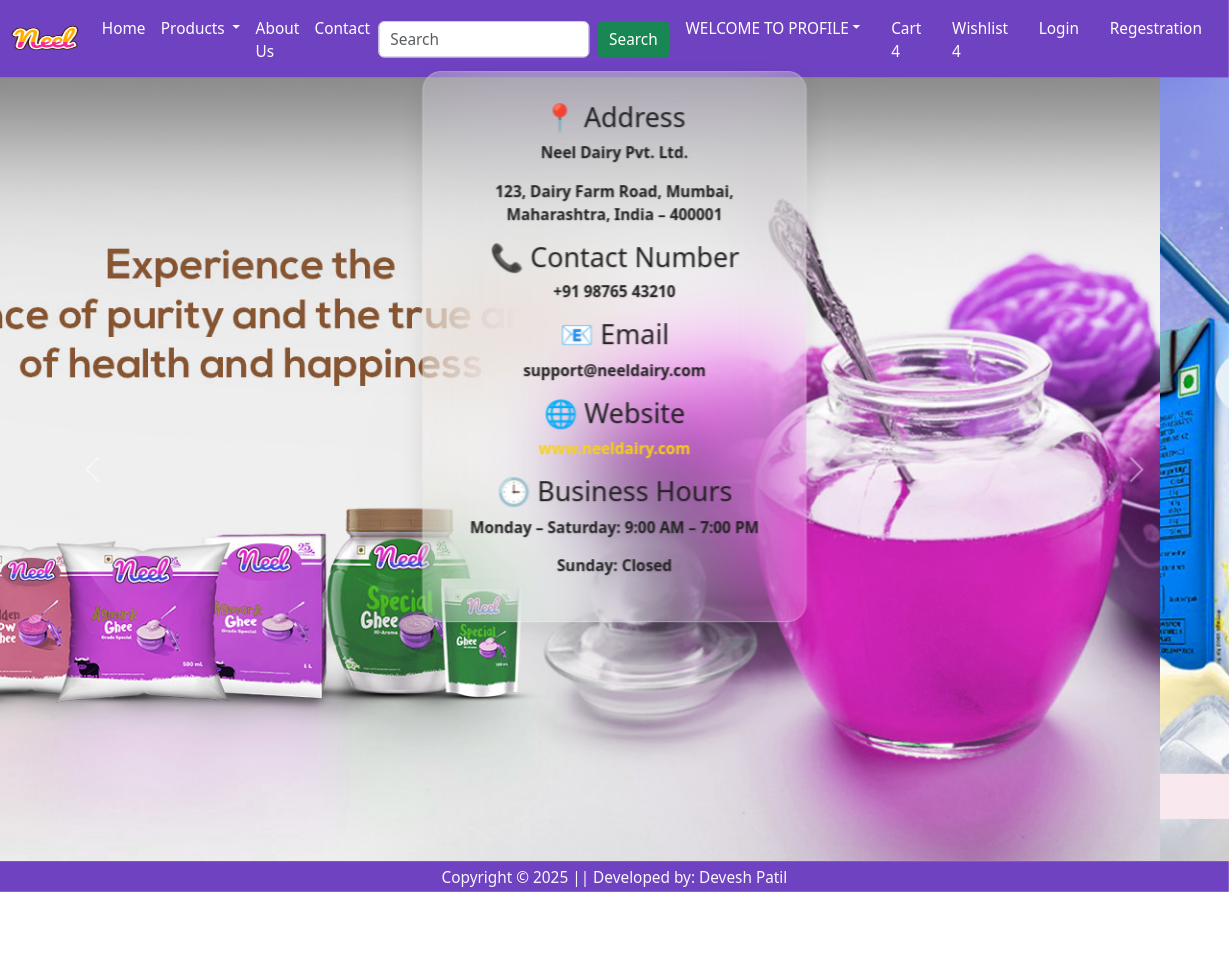
Repository: DeveshPatill/mydjango
Page: http://localhost/contact/
The author's editor kept a copy of each file at every save. The page is drawn from the files as they stood at one save, then again after the next save.
The browser window is 1280 px wide. The pictures show the whole page, at 96% of full size.
The page is served by the project's application, run on Django 5.2 (ec/manage.py). Other server files are loaded and not shown.

Above is the page before, as saved 2025-03-23 02:07:19.

### ec/app/templates/app/contact.html
{% extends 'app/base.html' %}
{% load static %}
{% block title %}About{% endblock title %}


{% block main-content %}
<!-- Background Image Carousel -->
<div id="backgroundCarousel" class="carousel slide" data-bs-ride="carousel">
    <div class="carousel-inner">
        <div class="carousel-item active">
            <img src="{%static 'app/images/banner/b1.jpg' %}" class="d-block w-100" alt="Dairy Banner 1">
        </div>
        <div class="carousel-item">
            <img src="{%static 'app/images/banner/b2.jpg' %}" class="d-block w-100" alt="Dairy Banner 2">
        </div>
        <div class="carousel-item">
            <img src="{%static 'app/images/banner/b3.jpg' %}" class="d-block w-100" alt="Dairy Banner 3">
        </div>
    </div>

    <!-- Carousel Controls -->
    <button class="carousel-control-prev" type="button" data-bs-target="#backgroundCarousel" data-bs-slide="prev">
        <span class="carousel-control-prev-icon" aria-hidden="true"></span>
        <span class="visually-hidden">Previous</span>
    </button>
    <button class="carousel-control-next" type="button" data-bs-target="#backgroundCarousel" data-bs-slide="next">
        <span class="carousel-control-next-icon" aria-hidden="true"></span>
        <span class="visually-hidden">Next</span>
    </button>
</div>

<!-- Fixed Contact Information (Centered Bottom) -->
<div class="contact-box mx-8 mt-5">
    <h3>📍 Address</h3>
    <p>Neel Dairy Pvt. Ltd.</p>
    <p>123, Dairy Farm Road, Mumbai, Maharashtra, India – 400001</p>

    <h3>📞 Contact Number</h3>
    <p>+91 98765 43210</p>

    <h3>📧 Email</h3>
    <p>support@neeldairy.com</p>

    <h3>🌐 Website</h3>
    <p><a href="https://www.neeldairy.com" target="_blank">www.neeldairy.com</a></p>

    <h3>🕒 Business Hours</h3>
    <p>Monday – Saturday: 9:00 AM – 7:00 PM</p>
    <p>Sunday: Closed</p>
</div>

<style>
    /* Set the carousel image size */
    .carousel-item img {
        width: 100%;
        height: 816px;
        object-fit: cover;
    }

    /* Contact Box - Fixed Center Bottom */
    .contact-box {
        position: absolute;
        bottom: 10%;
        left: 50%;
        transform: translate(-50%, 0);
        background: rgba(0, 0, 0, 0.7);
        color: white;
        padding: 20px;
        border-radius: 10px;
        text-align: center;
        width: 400px;
    }

    .contact-box a {
        color: #f8d210;
        text-decoration: none;
    }

    .contact-box a:hover {
        text-decoration: underline;
    }
    .contact-box {
    background: rgba(255, 255, 255, 0.2); /* More transparent, less white */
    backdrop-filter: blur(50px) saturate(180%); /* High blur + slight saturation for mirror effect */
    -webkit-backdrop-filter: blur(50px) saturate(180%);
    border-radius: 20px; /* Smooth corners */
    padding: 30px;
    color: #222; /* Darker text for contrast */
    font-weight: bold;
    box-shadow: 0 10px 25px rgba(0, 0, 0, 0.1); /* Softer and subtle depth */
    border: 1px solid rgba(255, 255, 255, 0.3); /* Thin border for a frosted look */
}
.contact-box {
    margin-top: 80px; /* Adjust this value as needed */
}




</style>
{% endblock main-content %}

### ec/app/templates/app/base.html
<!DOCTYPE html>
{% load static %}
<html lang="en">
<head>
    <meta charset="UTF-8">
    <meta http-equiv="X-UA-Compatible" content="IE=edge">
    <meta name="viewport" content="width=device-width, initial-scale=1.0">

    <link href="https://cdn.jsdelivr.net/npm/bootstrap@5.3.3/dist/css/bootstrap.min.css" rel="stylesheet" integrity="sha384-QWTKZyjpPEjISv5WaRU9OFeRpok6YctnYmDr5pNlyT2bRjXh0JMhjY6hW+ALEwIH" crossorigin="anonymous">

    <link rel="stylesheet" href="{% static 'app/css/owl.carousel.min.css' %}" />
    <link rel="stylesheet" href="{% static 'app/css/all.min.css' %}" />
    <link rel="stylesheet" href="{% static 'app/css/style.css' %}" />

    <title> Dairy Products | {% block title %} {% endblock title %} </title>
</head>
<body>
    <nav class="navbar navbar-expand-lg navbar-dark" style="background-color: #6f42c1;">
        <div class="container-fluid">
          <a class="navbar-brand" href="#">
            <img src="{% static 'app/images/product/Neel.png' %}" width="70px" height="55px"   />
          </a>
          <button class="navbar-toggler" type="button" data-bs-toggle="collapse" data-bs-target="#navbarSupportedContent" aria-controls="navbarSupportedContent" aria-expanded="false" aria-label="Toggle navigation">
            <span class="navbar-toggler-icon"></span>
          </button>
          <div class="collapse navbar-collapse" id="navbarSupportedContent">
            <ul class="navbar-nav me-auto mb-2 mb-lg-0">
              <li class="nav-item">
                <a class="nav-link active" aria-current="page" href="/">Home</a>
              </li>
              <li class="nav-item dropdown">
                <a class="nav-link dropdown-toggle text-white" href="#" role="button" data-bs-toggle="dropdown" aria-expanded="false">
                  Products
                </a>
                <ul class="dropdown-menu">
                  <li><a class="dropdown-item" href="{% url 'category' 'ML' %}">Milk</a></li>
                  <li><a class="dropdown-item" href="{% url 'category' 'CR' %}">Curd</a></li>
                  <li><a class="dropdown-item" href="{% url 'category' 'MS' %}">MilkShake</a></li>
                  <li><a class="dropdown-item" href="{% url 'category' 'LS' %}">Lassi</a></li>
                  <li><a class="dropdown-item" href="{% url 'category' 'GH' %}">Ghee</a></li>
                  <li><a class="dropdown-item" href="{% url 'category' 'PN' %}">Paneer</a></li>
                  <li><a class="dropdown-item" href="{% url 'category' 'CZ' %}">Cheese</a></li>
                  <li><a class="dropdown-item" href="{% url 'category' 'IC' %}">Ice-Cream</a></li>

                </ul>
              </li>
              <li class="nav-item">
                <a class="nav-link text-white" href="{% url 'about'  %}">About Us</a>
              </li>
              <li class="nav-item">
                <a class="nav-link text-white" href="{% url 'contact'  %}">Contact</a>
              </li>

            </ul>
            <form class="d-flex" role="search">
              <input class="form-control me-2" type="search" placeholder="Search" aria-label="Search">
              <button class="btn btn-success" type="submit">Search</button>
            </form>
          </div>
          <ul class="navbar-nav me-auto mb-2 mb-lg-0">
            <li class="nav-item dropdown mx-2">
                <a class="nav-link dropdown-toggle text-white" href="#" id="profileDropdown" role="button" data-bs-toggle="dropdown" aria-expanded="false">WELCOME TO PROFILE</a>
                <ul class="dropdown-menu" aria-labelledby="profileDropdown">
                    <li><a class="dropdown-item" href="#">Profile</a></li>
                    <li><a class="dropdown-item" href="#">Orders</a></li>
                    <li><a class="dropdown-item" href="#">Change Password</a></li>
                    <li><a class="dropdown-item" href="#">Logout</a></li>
                </ul>
            </li>
            <li class="nav-item mx-2">
                <a href="#" class="nav-link text-white">Cart 4</a>
            </li>
            <li class="nav-item mx-2">
                <a href="#" class="nav-link text-white">Wishlist 4</a>
            </li>
            <li class="nav-item mx-2">
                <a href="#" class="nav-link text-white">Login</a>
            </li>
            <li class="nav-item mx-2">
                <a href="#" class="nav-link text-white">Regestration</a>
            </li>

          </ul>
        </div>
      </nav>
      {% block banner-slider %}{% endblock banner-slider %}

      {% block information %}{% endblock information %}

      {% block main-content %}{% endblock main-content %}

    <footer class="text-center text-light py-3 relative" style="background-color: #6f42c1; height: 5px; line-height: 2px;">
        Copyright © 2025 || Developed by: Devesh Patil
    </footer>






    <script src="https://cdn.jsdelivr.net/npm/@popperjs/core@2.11.8/dist/umd/popper.min.js" integrity="sha384-I7E8VVD/ismYTF4hNIPjVp/Zjvgyol6VFvRkX/vR+Vc4jQkC+hVqc2pM8ODewa9r" crossorigin="anonymous"></script>
    <script src="https://cdn.jsdelivr.net/npm/bootstrap@5.3.3/dist/js/bootstrap.min.js" integrity="sha384-0pUGZvbkm6XF6gxjEnlmuGrJXVbNuzT9qBBavbLwCsOGabYfZo0T0to5eqruptLy" crossorigin="anonymous"></script>

    <script src=https://cdnjs.cloudflare.com/ajax/libs/jquery/3.7.1/jquery.min.js></script>


    <script script="{% static 'app/js/owl.carousel.min.js' %}"></script>
    <script script="{% static 'app/js/all.min.js' %}"></script>
    <script script="{% static 'app/js/myscript.js' %}"></script>

</body>
</html>

### ec/app/views.py
from django.shortcuts import render
from django.http import HttpResponse
from django.views import View
from urllib import request
from . models import Product
from django.db.models import Count

# Create your views here.
def home(request):
    return render(request,"app/home.html")

def about(request):
    return render(request,"app/about.html")

def contact(request):
    return render(request,"app/contact.html")


class CategoryView(View):
    def get(self,request,val):
        product = Product.objects.filter(category=val)
        title=Product.objects.filter(category=val).values('title')
        return render(request,"app/category.html",locals())

class CategoryTitle(View):
    def get(self,request,val):
        product = Product.objects.filter(title=val)
        title = Product.objects.filter(category=product[0].category).values('title')
        return render(request,"app/category.html",locals())


class ProductDetail(View):
    def get(self,request,pk):
        product = Product.objects.get(pk=pk)
        return render(request,"app/productdetail.html",locals())

### ec/ec/urls.py
"""
URL configuration for ec project.

The `urlpatterns` list routes URLs to views. For more information please see:
    https://docs.djangoproject.com/en/5.1/topics/http/urls/
Examples:
Function views
    1. Add an import:  from my_app import views
    2. Add a URL to urlpatterns:  path('', views.home, name='home')
Class-based views
    1. Add an import:  from other_app.views import Home
    2. Add a URL to urlpatterns:  path('', Home.as_view(), name='home')
Including another URLconf
    1. Import the include() function: from django.urls import include, path
    2. Add a URL to urlpatterns:  path('blog/', include('blog.urls'))
"""

from django.contrib import admin
from django.urls import path,include

urlpatterns = [
    path("admin/", admin.site.urls),
    path("", include("app.urls")),

]

### ec/app/urls.py
from django.urls import path
from .import views
from django.conf import settings
from django.conf.urls.static import static

urlpatterns = [
    path("",views.home),
    path("about/",views.about,name="about"),
    path("contact/",views.contact,name="contact"),
    path("category/<slug:val>",views.CategoryView.as_view(),name="category"),
    path("category-title/<val>",views.CategoryTitle.as_view(),name='category-title'),
    path("product-detail/<int:pk>",views.ProductDetail.as_view(),name="product-detail"),
]+static(settings.MEDIA_URL,document_root=settings.MEDIA_ROOT)

### ec/app/static/app/css/style.css
.owl-carousel .item{
 /* border: 1px solid black; */
 font-size: 24px;
 text-align: center;
 margin-top: 20px;
 transition: transform .5s ease;
}

 .owl-carousel .item:hover{
    /* border: 1px solid black; */
    transform : scale(1.1);
}

/* .owl-carousel img{
    transition: transform .5s ease;
  }
 .owl-carousel img:hover{

    transform : scale(1.25);
} */

.owl-next{
 float:right;
}
.owl-prev{
 float:left;
}
.owl-prev span{
 font-size: 24px;
 font-weight: bold;
}
.owl-next span{
 font-size: 24px;
 font-weight: bold;
}




.buttermilk{
    background-color:#fff;background-image:linear-gradient(#fff7ef, #fff);
    background-image:-webkit-linear-gradient(#fff7ef, #fff);
    background-image:-moz-linear-gradient(#fff7ef, #fff);
    background-image:-ms-linear-gradient(#fff7ef, #fff);
    background-image:-o-linear-gradient(#fff7ef, #fff);
    padding:50px 40px;
    border:1px solid #efe8e1;
    padding-bottom:20px;
}

.smbg{
    background-color:#fff;
    background-image:linear-gradient(rgba(110, 69, 143, 0.1), #fff);
    background-image:-webkit-linear-gradient(rgba(110, 69, 143, 0.1), #fff);
    background-image:-moz-linear-gradient(rgba(110, 69, 143, 0.1), #fff);
    background-image:-ms-linear-gradient(rgba(110, 69, 143, 0.1), #fff);
    background-image:-o-linear-gradient(rgba(110, 69, 143, 0.1), #fff);
}

.curdbgpro{
    background-color:#fff;
    background-image:linear-gradient(rgba(10, 77, 123, 0.1), #fff);
    background-image:-webkit-linear-gradient(rgba(10, 77, 123, 0.1), #fff);
    background-image:-moz-linear-gradient(rgba(10, 77, 123, 0.1), #fff);
    background-image:-ms-linear-gradient(rgba(10, 77, 123, 0.1), #fff);
    background-image:-o-linear-gradient(rgba(10, 77, 123, 0.1), #fff);
}

.goodnessseccont img{
    width:100%;
}

.mlkpro{
    color:#636362;
    font-size:22px;
    line-height:22px;
    margin-bottom:15px;
    width:43%;
    margin:0 auto;
    text-align:center;

}

.goodnesssec a{
    text-decoration: none;
}


/*------------------------------------------------*/
body {
    padding-bottom: 80px; /* Adjust this value based on footer height */
}

Loaded but not shown: ec/app/static/app/css/owl.carousel.min.css (library); ec/app/static/app/css/all.min.css (library)

After the next save:
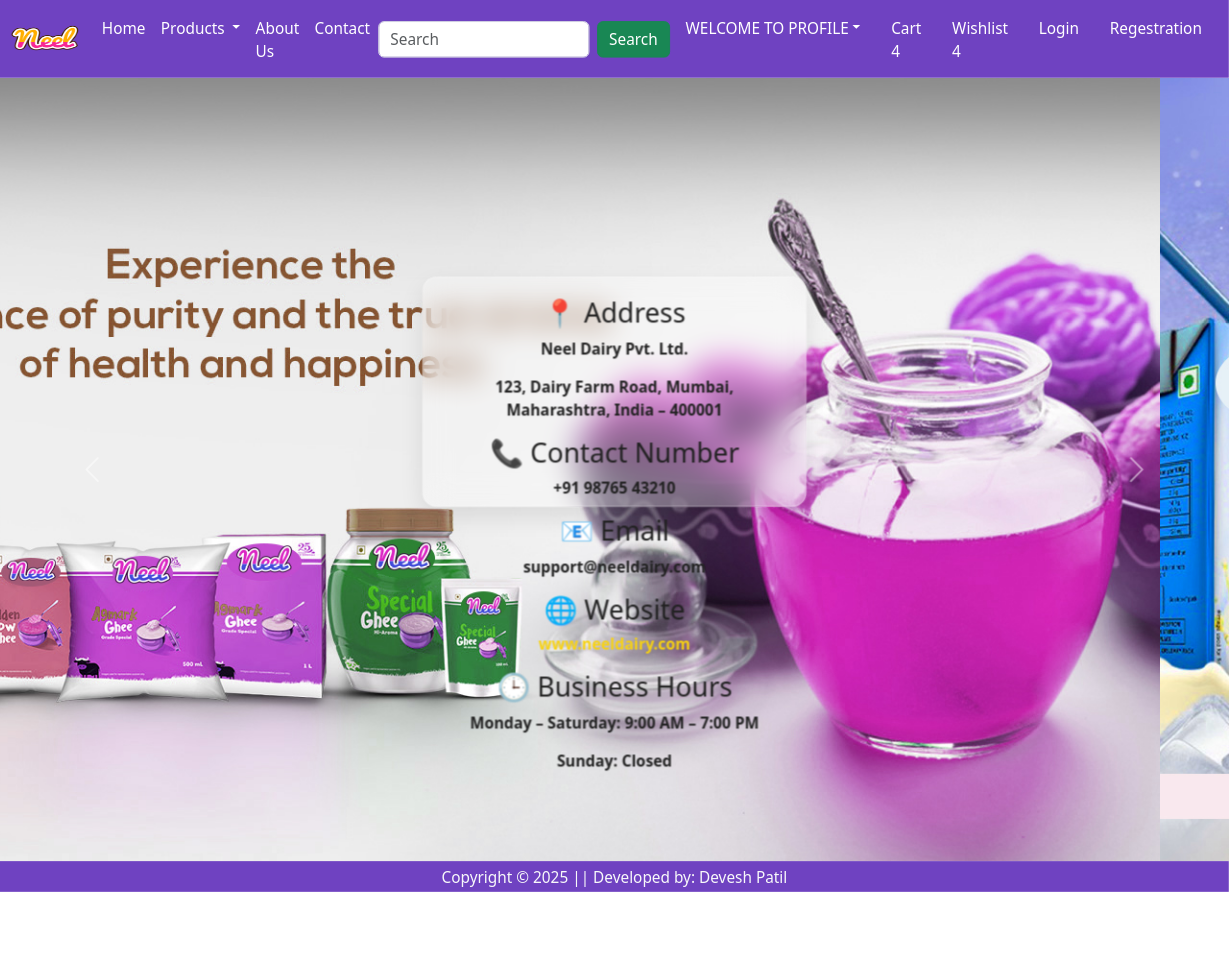
Saved 77 s later.
--- a/ec/app/templates/app/contact.html
+++ b/ec/app/templates/app/contact.html
@@ -89,10 +89,21 @@
     font-weight: bold;
     box-shadow: 0 10px 25px rgba(0, 0, 0, 0.1); /* Softer and subtle depth */
     border: 1px solid rgba(255, 255, 255, 0.3); /* Thin border for a frosted look */
+    }
+
+    .contact-box {
+    position: absolute; /* Makes the box independent */
+    top: 50%; /* Moves the box down */
+    left: 50%; /* Moves the box to the right */
+    transform: translate(-50%, -50%); /* Perfect centering */
+    width: 400px; /* Adjust width as needed */
+    padding: 20px;
+    border-radius: 15px; /* Rounded corners */
+    background: rgba(255, 255, 255, 0.3); /* Mirror-like transparency */
+    backdrop-filter: blur(15px); /* Glassmorphism effect */
+    text-align: center; /* Align text */
 }
-.contact-box {
-    margin-top: 80px; /* Adjust this value as needed */
-}
+
 
 
 

After the save that followed:
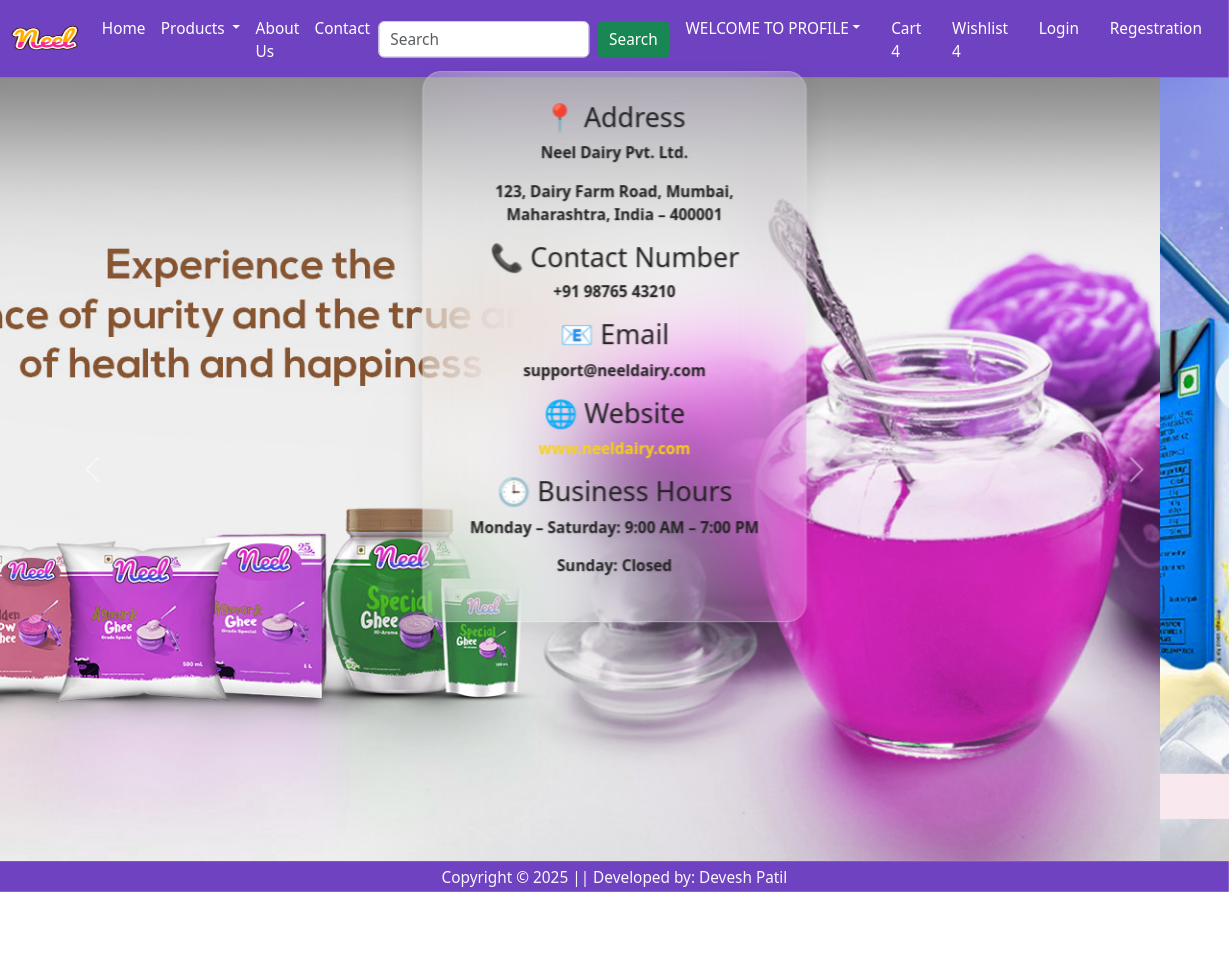
Saved 29 s later.
--- a/ec/app/templates/app/contact.html
+++ b/ec/app/templates/app/contact.html
@@ -91,18 +91,7 @@
     border: 1px solid rgba(255, 255, 255, 0.3); /* Thin border for a frosted look */
     }
 
-    .contact-box {
-    position: absolute; /* Makes the box independent */
-    top: 50%; /* Moves the box down */
-    left: 50%; /* Moves the box to the right */
-    transform: translate(-50%, -50%); /* Perfect centering */
-    width: 400px; /* Adjust width as needed */
-    padding: 20px;
-    border-radius: 15px; /* Rounded corners */
-    background: rgba(255, 255, 255, 0.3); /* Mirror-like transparency */
-    backdrop-filter: blur(15px); /* Glassmorphism effect */
-    text-align: center; /* Align text */
-}
+
 
 
 
